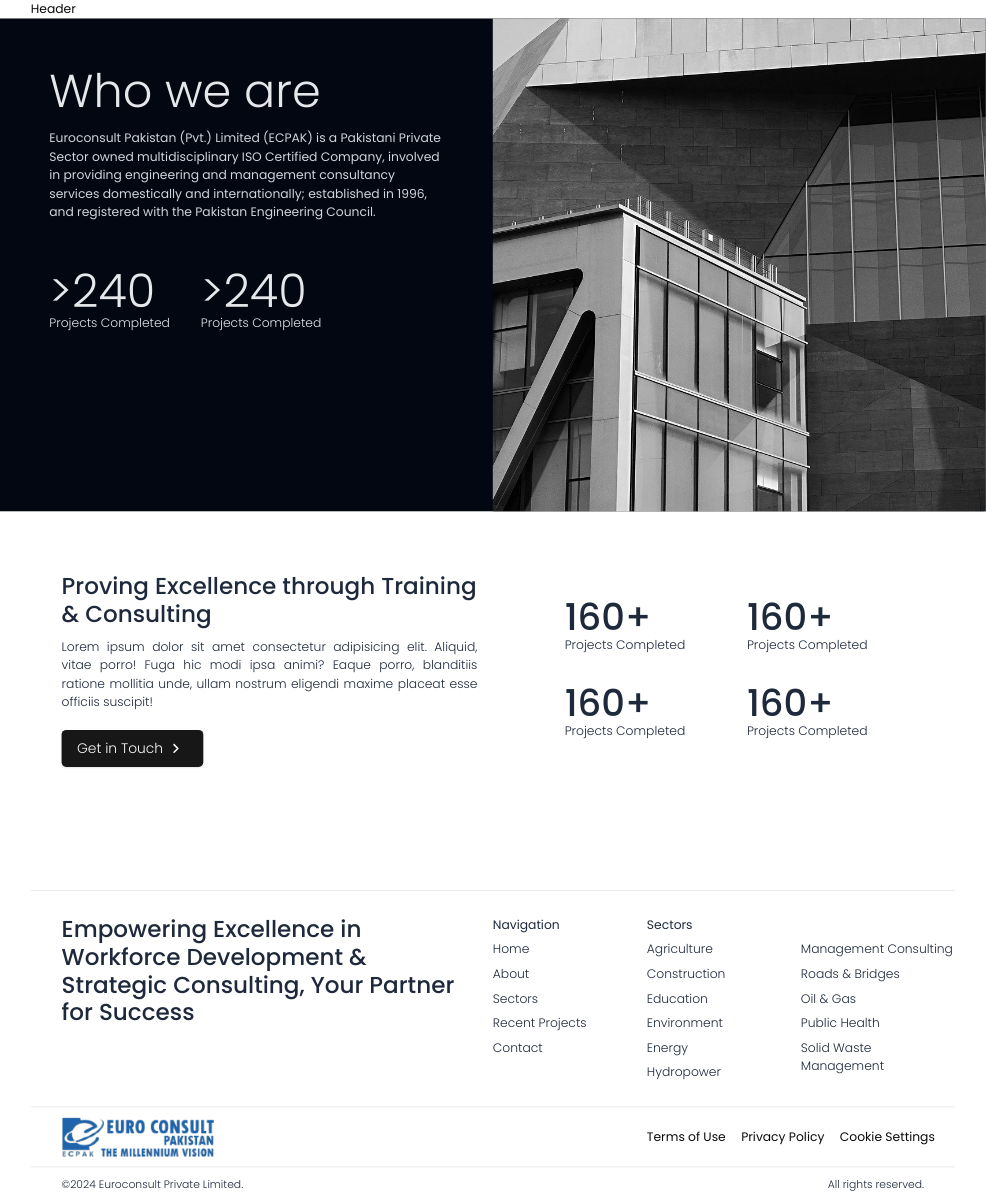
Repository: EMDC-24/ecglobalwebsite19
Page: /about
These files come from the project's save history. The page is drawn as it stood at one moment and after the next save; the edit follows.
The browser window is 1280 px wide. The pictures show the whole page, at 77% of full size.
The project was rebuilt for these pictures with package versions that can differ from the ones it lists, and the page was loaded fresh each time. The framework's server and built-in components were replaced by stand-ins that run in the browser. Also part of the build but not shown: next.config.mjs.

Above is the page before, as saved 2024-09-17 22:46:36.

After the next save:
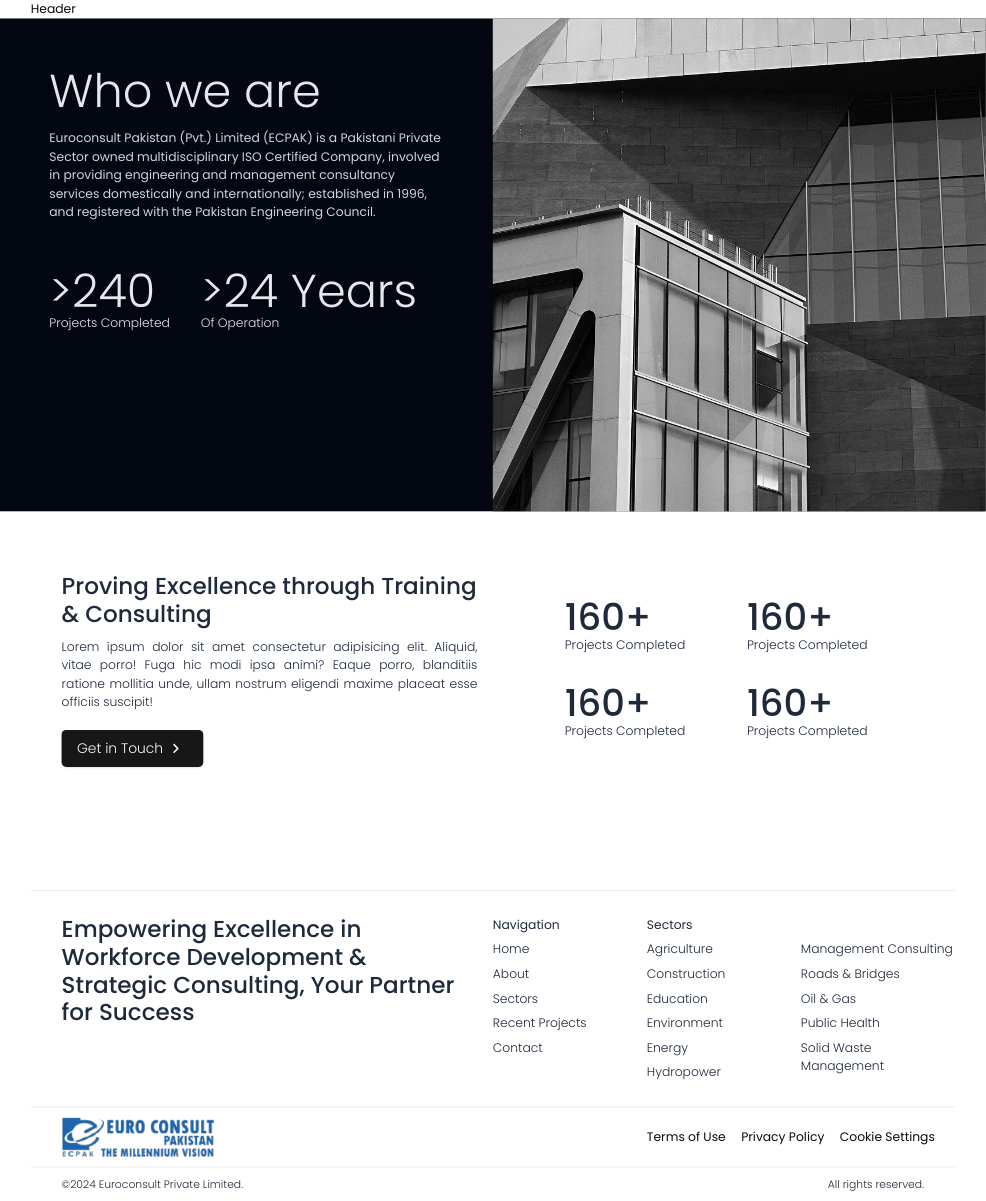
Saved 25 s later.
--- a/app/about/page.tsx
+++ b/app/about/page.tsx
@@ -17,8 +17,8 @@
                 <p className="font-light text-gray-200">Projects Completed</p>
             </div>
             <div className="">
-                <h2 className="font-light text-gray-200 text-6xl">&gt;240</h2>
-                <p className="font-light text-gray-200">Projects Completed</p>
+                <h2 className="font-light text-gray-200 text-6xl">&gt;24 Years</h2>
+                <p className="font-light text-gray-200">Of Operation</p>
             </div>
         </div>
         </div>
